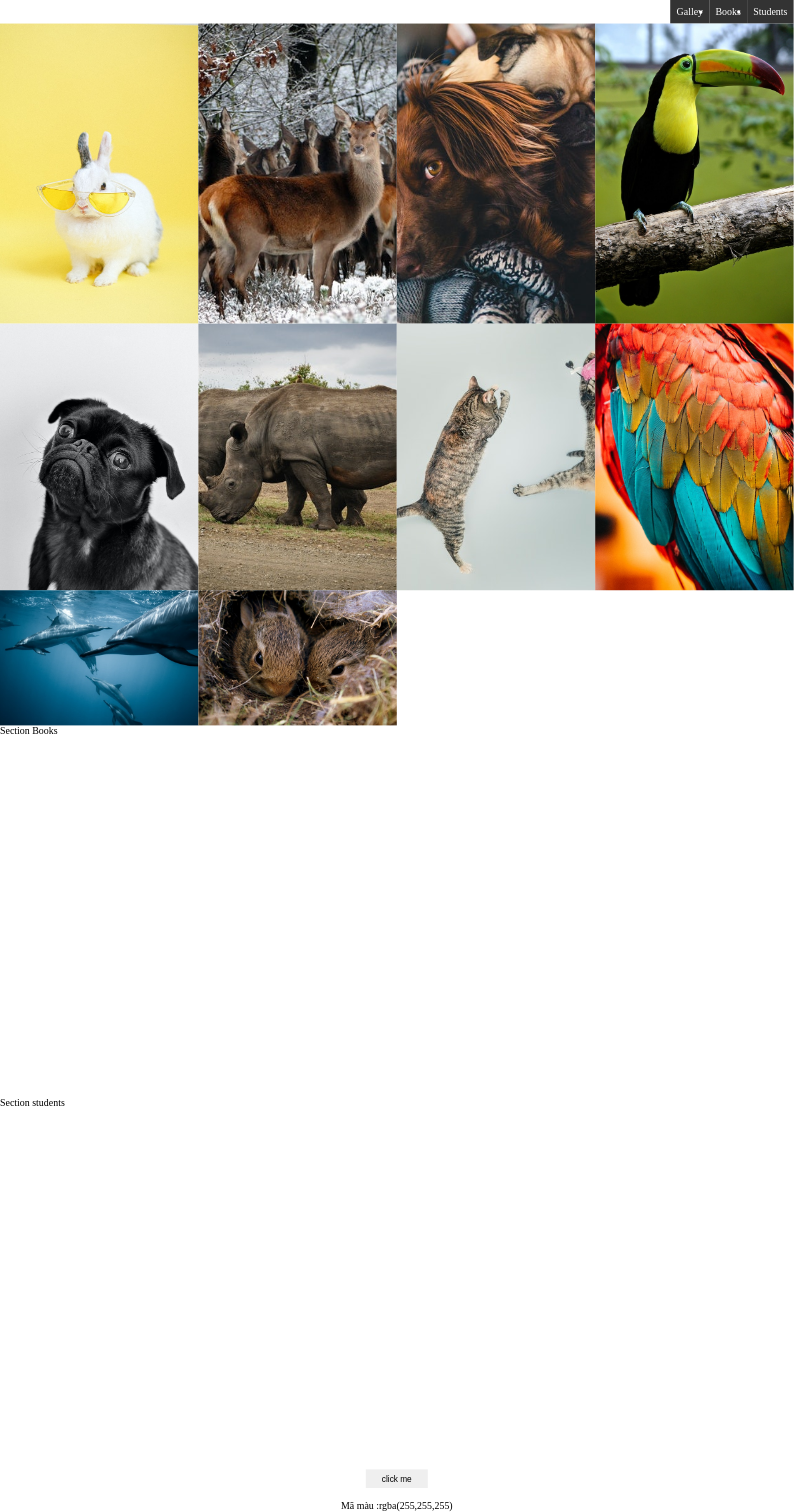
Repository: kuluong2000/homework-js-luongth
Page: homework-bai4/index.html
The author's editor kept a copy of each file at every save. The page is drawn from the files as they stood at one save, then again after the next save.
The browser window is 1280 px wide. The pictures show the whole page, at 62% of full size.
After loading, the first visible `button.btn-color` was clicked once.

Above is the page before, as saved 2021-10-15 22:03:44.

After the next save:
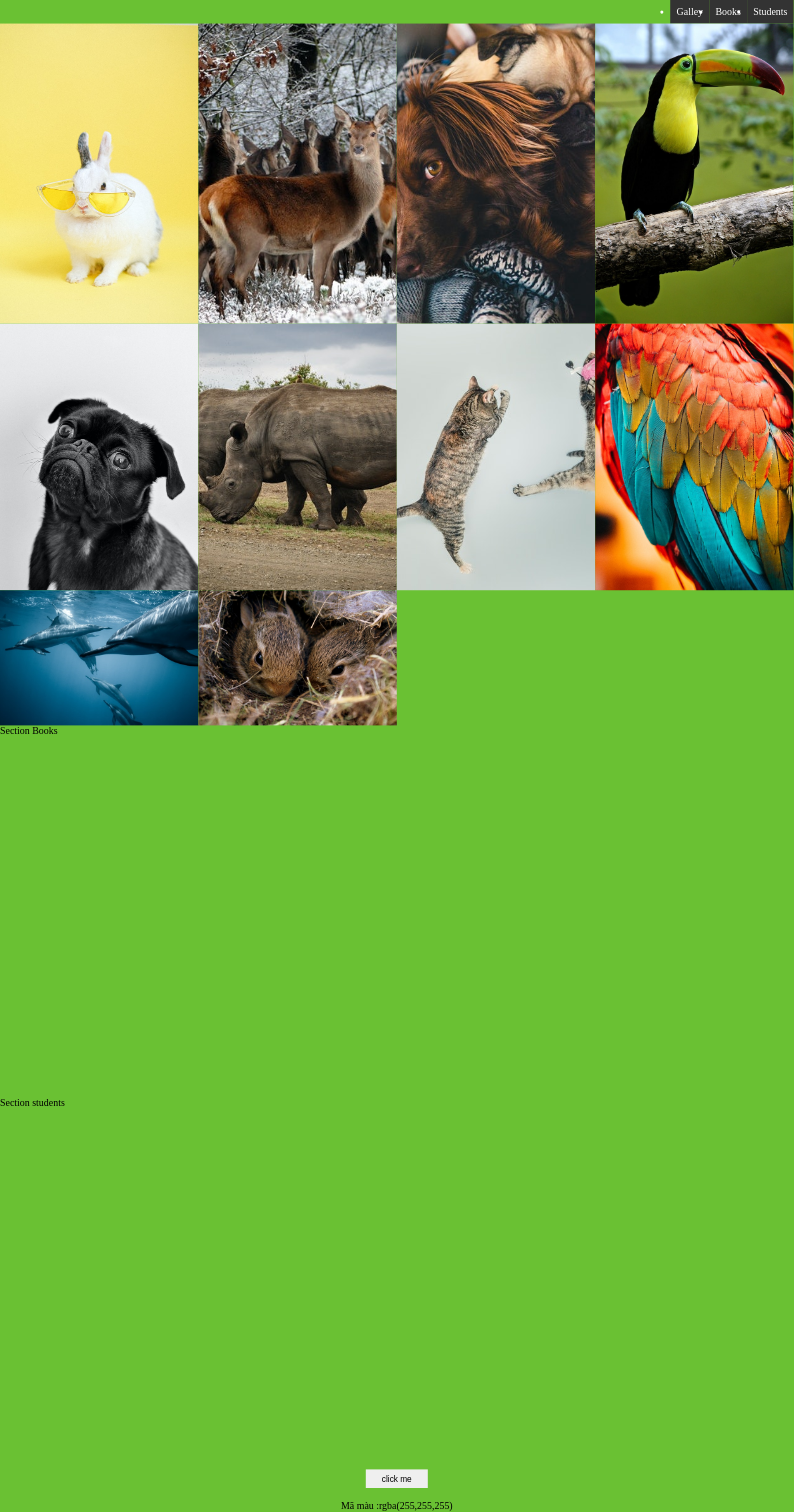
Saved 16 s later.
--- a/homework-bai4/app.js
+++ b/homework-bai4/app.js
@@ -65,11 +65,10 @@ let color = `rgba(${color1},${color2},${color3})`;
 let btn = document.querySelector(".btn-color");
 let body = document.body;
 btn.addEventListener("click", () => {
-  //   body.style.backgroundColor = color;
   let color1 = Math.floor(Math.random() * 255);
   let color2 = Math.floor(Math.random() * 255);
   let color3 = Math.floor(Math.random() * 255);
   let color = `rgba(${color1},${color2},${color3})`;
   let btn = document.querySelector(".btn-color");
-  console.log(color);
+  body.style.backgroundColor = color;
 });
